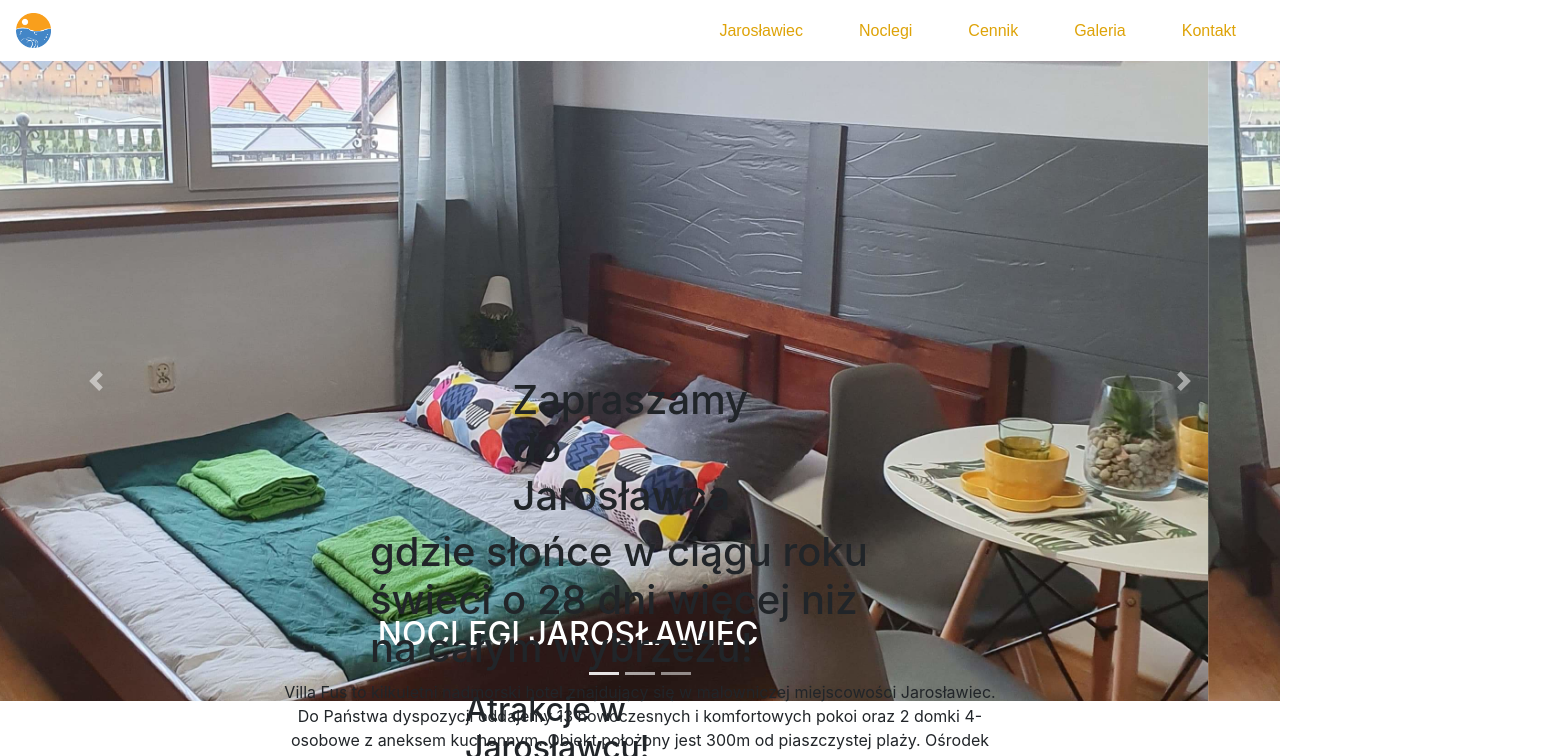
Repository: ArturDr/meduza_jaroslawiec
Page: http://localhost/
These files come from the project's save history. The page is drawn as it stood at one moment and after the next save; the edit follows.
The browser window is 1280 px wide. The page is 1547 px wide, so the pictures cover 1547 px, including what lies to the right of the window. The pictures show the part of the page from y = 0 to 756 px (the page is 2347 px tall before and 2147 px after).
The page is run by PHP 8.4 with error messages shown; the project is at /var/www/html/.

Above is the page before, as saved 2020-06-01 21:16:44.
Console error: ReferenceError: baguetteBox is not defined

### medjar/index.php
<?php include('includes/header.php'); ?>

<title>Meduza Jarosławiec</title>

<?php include('includes/navbar.php'); ?>

<!--sec1-->
<section id="sec1">
    <div class="container">
        <div class="row justify-content-center">
            <div class="col-xl-3 col-lg-3 col-md-4 col-sm-4 col-6">
                <h1>Zapraszamy do Jarosławca</h1>
            </div>
        </div>
        <div class="row justify-content-center">
            <div class="col-xl-6 col-lg-6 col-md-8 col-sm-8 col-10">
                <h1>gdzie słońce w ciągu roku świeci o 28 dni więcej niż na całym wybrzeżu!</h1>
            </div>
        </div>
        <div class="row justify-content-center">
            <div class="col-xl-8 col-lg-8 col-md-10 col-sm-10 col-12">
                <p class="text-center">Villa Fus to kilkuletni nadmorski hotel znajdujący się w malowniczej miejscowości Jarosławiec. Do Państwa dyspozycji oddajemy 13 nowoczesnych i komfortowych pokoi oraz 2 domki 4-osobowe z aneksem kuchennym. Obiekt położony jest 300m od piaszczystej plaży. Ośrodek otacza zielony ogród z altanami letnimi, sprzętem do grillowania i placem zabaw dla dzieci. W ogrodzie znajdują się leżaki dla naszych Gości, którzy pragną relaksu na świeżym powietrzu. Zaprszamy rodziny z dziećmi, osoby indywidualne oraz grupy zorganizowane. Posiadamy własny parking na terenie ośrodka.</p>
            </div>
            <div class="col-xl-8 col-lg-8 col-md-10 col-sm-10 col-12">
                <p class="text-center">Dla klientów Villi - 10% rabatu w Śląskiej Karczmie u Ola w centrum!</p>
            </div>
        </div>
        <div class="row justify-content-center">
            <div class="col-xl-3 col-lg-3 col-md-4 col-sm-4 col-6">
                <h1>666 666 666</h1>
            </div>
        </div>
        <div class="row justify-content-center">
            <div class="col-xl-3 col-lg-3 col-md-4 col-sm-4 col-6">
                <h1>rezerwacje@meduza-jaroslawiec.pl</h1>
            </div>
        </div>
    </div>
</section>
<!-- end sec1-->

<!-- sec2-->
<section id="sec2">
	<div class="container">
		<div class="row justify-content-center">
			<div class="col-sm-4 col-4">
				<h2>Atrakcje w Jarosławcu!</h2>
			</div>
		</div>
		<div class="row">
			<div class="col-sm-2 col-12">
				<img src="images/beach.png">
				<h3>Plaża w Jarosławcu</h3>
			</div>
			<div class="col-sm-2 col-12">
				<img src="images/cliff.png">
				<h3>Klifowe wybrzeże</h3>
			</div>
			<div class="col-sm-2 col-12">
				<img src="images/lighthouse.png">
				<h3>Latarnia Morska w Jarosławcu</h3>
			</div>
			<div class="col-sm-2 col-12">
				<img src="images/anchor.png">
				<h3>Przystań rybacka</h3>
			</div>
			<div class="col-sm-2 col-12">
				<img src="images/museum.png">
				<h3>Unikalne Muzeum Bursztynu</h3>
			</div>
			<div class="col-sm-2 col-12">
				<img src="images/rope.png">
				<h3>Park linowy dla dzieci</h3>
			</div>
		</div>
	</div>
</section>
<!-- end sec2 -->

<!-- sec3 -->
<section id="sec3">
    <div class="container">
        <div class="row justify-content-center">
            <div class="col-xl-3 col-lg-3 col-md-4 col-sm-4 col-6">
                <h1>NASZA LOKALIZACJA</h1>
            </div>
        </div>
    </div>
    <iframe src="https://www.google.com/maps/embed?pb=!1m14!1m8!1m3!1d9258.9887111871!2d16.536268!3d54.537953!3m2!1i1024!2i768!4f13.1!3m3!1m2!1s0x0%3A0x7378357c2304755a!2sMeduza!5e0!3m2!1spl!2spl!4v1590423370901!5m2!1spl!2spl" width="100%" height="600" frameborder="0" style="border:0;" allowfullscreen="" aria-hidden="false" tabindex="0"></iframe>
</section>
<!-- end sec3 -->


<?php include('includes/footer.php'); ?>

### medjar/includes/header.php
<!doctype html>
<html lang="pl">
    <head>
        <!-- Required meta tags -->
        <meta charset="utf-8">
        <meta name="viewport" content="width=device-width, initial-scale=1, shrink-to-fit=no">

        <!-- Bootstrap CSS -->
        <link rel="stylesheet" href="https://stackpath.bootstrapcdn.com/bootstrap/4.5.0/css/bootstrap.min.css" integrity="sha384-9aIt2nRpC12Uk9gS9baDl411NQApFmC26EwAOH8WgZl5MYYxFfc+NcPb1dKGj7Sk" crossorigin="anonymous">

        <!-- Custom Styles-->
        <link rel="stylesheet" type="text/css" href="style.css">
        <link rel="stylesheet" href="compact-gallery.css">

### medjar/includes/navbar.php
<link rel = "icon" type = "image/png" href = "images/logo.png">

</head>
    <body>
        <!-- nav-->
        <nav class="navbar navbar-expand-lg navbar-dark sticky-top" id="navibar">
            <a class="navbar-brand" href="index.php"><img src="images/logo.png" height="35" width="35" class="d-inline-block"></a>
            <button class="navbar-toggler" type="button" data-toggle="collapse" data-target="#navbarNavAltMarkup" aria-controls="navbarNavAltMarkup" aria-expanded="false" aria-label="Toggle navigation">
                <span class="navbar-toggler-icon"></span>
            </button>
            <div class="collapse navbar-collapse justify-content-end" id="navbarNavAltMarkup">
                <div class="navbar-nav">
                    <a class="nav-item nav-link active" href="jaroslawiec.php">Jarosławiec</a>
                    <a class="nav-item nav-link active" href="noclegi.php">Noclegi</a>
                    <a class="nav-item nav-link active" href="cennik.php">Cennik</a>
                    <a class="nav-item nav-link active" href="galeria.php">Galeria</a>
                    <a class="nav-item nav-link active" href="#sec4">Kontakt</a>
                </div>
            </div>
        </nav>
<!-- end nav-->

<!--Section1-->
<section id="sec1">
    <div id="carouselGallery" class="carousel slide" data-ride="carousel">
            <ol class="carousel-indicators">
                <li data-target="#carouselGallery" data-slide-to="0" class="active"></li>
                <li data-target="#carouselGallery" data-slide-to="1"></li>
                <li data-target="#carouselGallery" data-slide-to="2"></li>
            </ol>
        <div class="carousel-inner">
            <div class="carousel-item active">
                <img src="images/slide11.jpeg" height="100%" width="100%" class="d-block w-100" alt="...">
                <div class="carousel-caption d-none d-md-block">
                    <h2>NOCLEGI JAROSŁAWIEC</h2>
                </div>
            </div>
            <div class="carousel-item">
                <img src="images/slide11.jpeg" height="100%" width="100%" class="d-block w-100" alt="...">
                <div class="carousel-caption d-none d-md-block">
                    <h2>NOCLEGI JAROSŁAWIEC</h2>
                </div>
            </div>
            <div class="carousel-item">
                <img src="images/slide11.jpeg" height="100%" width="100%" class="d-block w-100" alt="..." >
                <div class="carousel-caption d-none d-md-block">
                    <h2>NOCLEGI JAROSŁAWIEC</h2>
                </div>
            </div>
        </div>
        <a class="carousel-control-prev" href="#carouselGallery" role="button" data-slide="prev">
            <span class="carousel-control-prev-icon" aria-hidden="true"></span>
            <span class="sr-only">Previous</span>
        </a>
        <a class="carousel-control-next" href="#carouselGallery" role="button" data-slide="next">
            <span class="carousel-control-next-icon" aria-hidden="true"></span>
            <span class="sr-only">Next</span>
        </a>
    </div>
</section>
        <!-- end sec1 -->

### medjar/includes/footer.php
<!-- sec4-->
<section id="sec4">
            <div class="container">
                <div class="row justify-content-center" id="kontakt">
                    <div class="col-xl-2 col-lg-3 col-md-4 col-sm-4 col-6">
                        <h1>KONTAKT</h1>
                    </div>
                </div>
                <div class="row justify-content-center">
                    <div class="col-xl-3 col-lg-3 col-md-4 col-sm-6 col-8">
                        <p class="text-center">ul. Zebrzydowicka 32/2,<br> 44-210 Rybnik</p>
                        <p class="text-center">+48 511 474 064</p>
                        <p class="text-center">biuro@beatalukas.pl</p>
                    </div>
                </div>
                <div class="row justify-content-end">
                    <div class="col-xl-2 col-lg-2 col-md-3 col-sm-4 col-5">
                        <footer>
                            <p>&copy;2020 Artur Robek</p>
                        </footer>
                    </div>
                </div>
            </div>
        </section>
        <!-- end sec4-->

<!-- Optional JavaScript -->
    <!-- jQuery first, then Popper.js, then Bootstrap JS -->
    <script src="https://code.jquery.com/jquery-3.5.1.slim.min.js" integrity="sha384-DfXdz2htPH0lsSSs5nCTpuj/zy4C+OGpamoFVy38MVBnE+IbbVYUew+OrCXaRkfj" crossorigin="anonymous"></script>
    <script src="https://cdn.jsdelivr.net/npm/popper.js@1.16.0/dist/umd/popper.min.js" integrity="sha384-Q6E9RHvbIyZFJoft+2mJbHaEWldlvI9IOYy5n3zV9zzTtmI3UksdQRVvoxMfooAo" crossorigin="anonymous"></script>
    <script src="https://stackpath.bootstrapcdn.com/bootstrap/4.5.0/js/bootstrap.min.js" integrity="sha384-OgVRvuATP1z7JjHLkuOU7Xw704+h835Lr+6QL9UvYjZE3Ipu6Tp75j7Bh/kR0JKI" crossorigin="anonymous"></script>
    <script>
        baguetteBox.run('.compact-gallery', { animation: 'slideIn'});
    </script>
    </body>
</html>

### medjar/style.css
#navibar {
    background-color: white;
    font-family: Arial;
}

#navbarNavAltMarkup a {
    color: rgba(222, 163, 8, 1);
    margin: 0 20px;
}

#sec1 {
    height: 315px;
}

#jsec2 {
    background-color: red;
}

#jsec2 img {
    height: 50px;
    width: 50px;
}

### medjar/compact-gallery.css
.gallery-block{
    padding-bottom: 60px;
    padding-top: 60px;
  }

  .gallery-block .heading{
      margin-bottom: 50px;
      text-align: center;
  }

  .gallery-block .heading h2{
      font-weight: bold;
      font-size: 1.4rem;
      text-transform: uppercase;
  }

  .gallery-block.compact-gallery .item{
    overflow: hidden;
    margin-bottom: 0;
    background: black;
    opacity: 1;
  }

  .gallery-block.compact-gallery .item .image{
    transition: 0.8s ease;
  }

  .gallery-block.compact-gallery .item .info{
    position: relative;
      display: inline-block;
  }

  .gallery-block.compact-gallery .item .description{
    display: grid;
      position: absolute;
      bottom: 0;
      left: 0;
      color: #fff;
      padding: 10px;
      font-size: 17px;
      line-height: 18px;
      width: 100%;
      padding-top: 15px;
      padding-bottom: 15px;
      opacity: 1;
      color: #fff;
      transition: 0.8s ease;
      text-align: center;
      text-shadow: 1px 1px 1px rgba(0, 0, 0, 0.2);
      background: linear-gradient(to bottom, transparent, rgba(0, 0, 0, 0.39));
  }

  .gallery-block.compact-gallery .item .description .description-heading{
    font-size: 1em;
    font-weight: bold;
  }

  .gallery-block.compact-gallery .item .description .description-body{
    font-size: 0.8em;
    margin-top: 10px;
    font-weight: 300;
  }

  @media (min-width: 576px) {

    .gallery-block.compact-gallery .item .description {
      opacity: 0;
    }

    .gallery-block.compact-gallery .item a:hover .description {
      opacity: 1;
    }

    .gallery-block .zoom-on-hover:hover .image {
      transform: scale(1.3);
      opacity: 0.7;
    }
  }

After the next save:
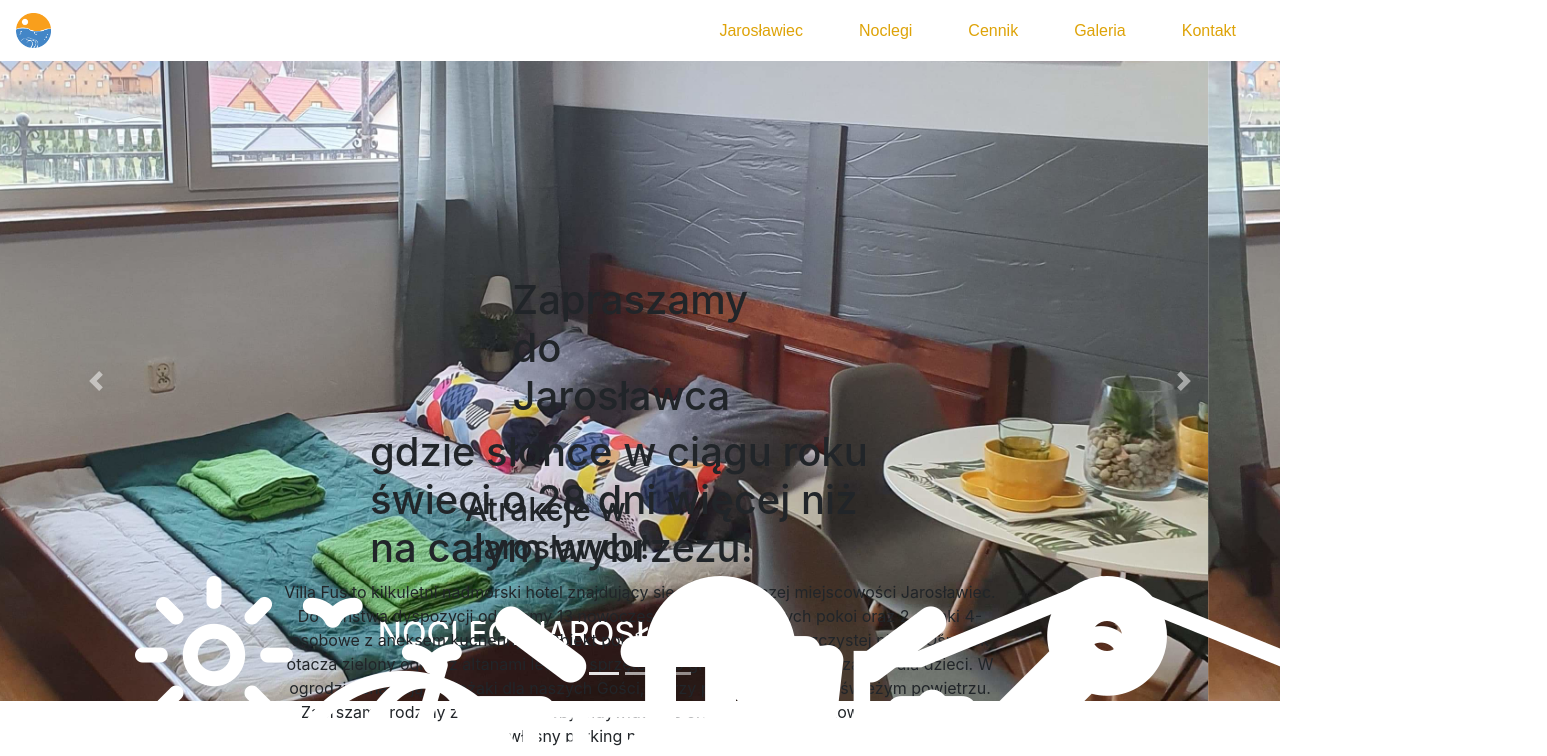
Saved 80 s later.
--- a/medjar/style.css
+++ b/medjar/style.css
@@ -9,7 +9,7 @@
 }
 
 #sec1 {
-    height: 315px;
+    height: 215px;
 }
 
 #jsec2 {
